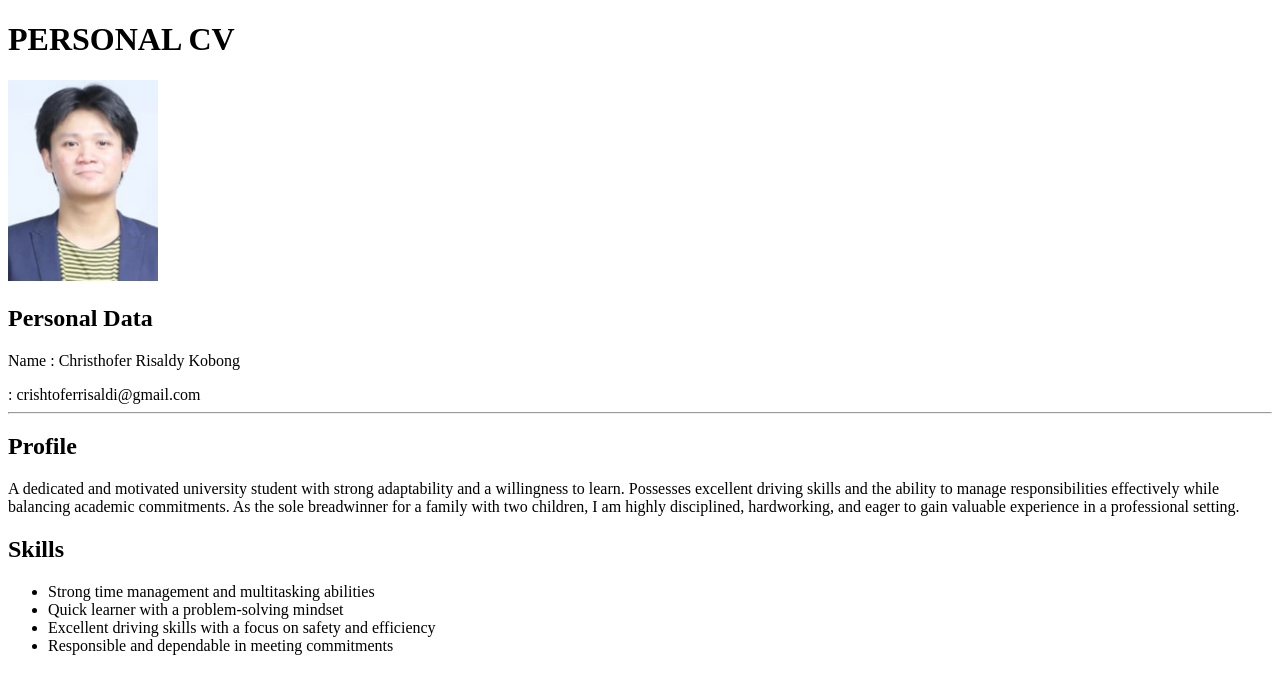
Repository: ChristhoferRisaldy/CVWeb
Page: web.html
An editor plug-in stored every save of this project. The page is shown before and after the next save, followed by the edit.
The browser window is 1280 px wide. The pictures show the whole page.

Above is the page before, as saved 2025-02-25 07:55:35.

### web.html
<!DOCTYPE html>
<html>
    <head>
        <meta name="viewport" content="width=device-width, inital-scale=1">
    </head>
    <body>
        <h1>PERSONAL CV</h1>
        <img src="1.png"
        width="150">

        <h2><b>Personal Data</b></h3>
        <p>
            Name : Christhofer Risaldy Kobong<br>
        </p>
        <a> : crishtoferrisaldi@gmail.com</a>

        <hr>
        <h2>Profile</h2>
        <p>A dedicated and motivated university student with strong adaptability and a willingness to learn. Possesses excellent driving skills and the ability to manage responsibilities effectively while balancing academic commitments. As the sole breadwinner for a family with two children, I am highly disciplined, hardworking, and eager to gain valuable experience in a professional setting.
        </p>

        <h2>Skills</h2>
        <ul>
            <li>Strong time management and multitasking abilities</li>
            <li>Quick learner with a problem-solving mindset</li>
            <li>Excellent driving skills with a focus on safety and efficiency</li>
            <li>Responsible and dependable in meeting commitments</li>
        </ul>

</html>

After the next save:
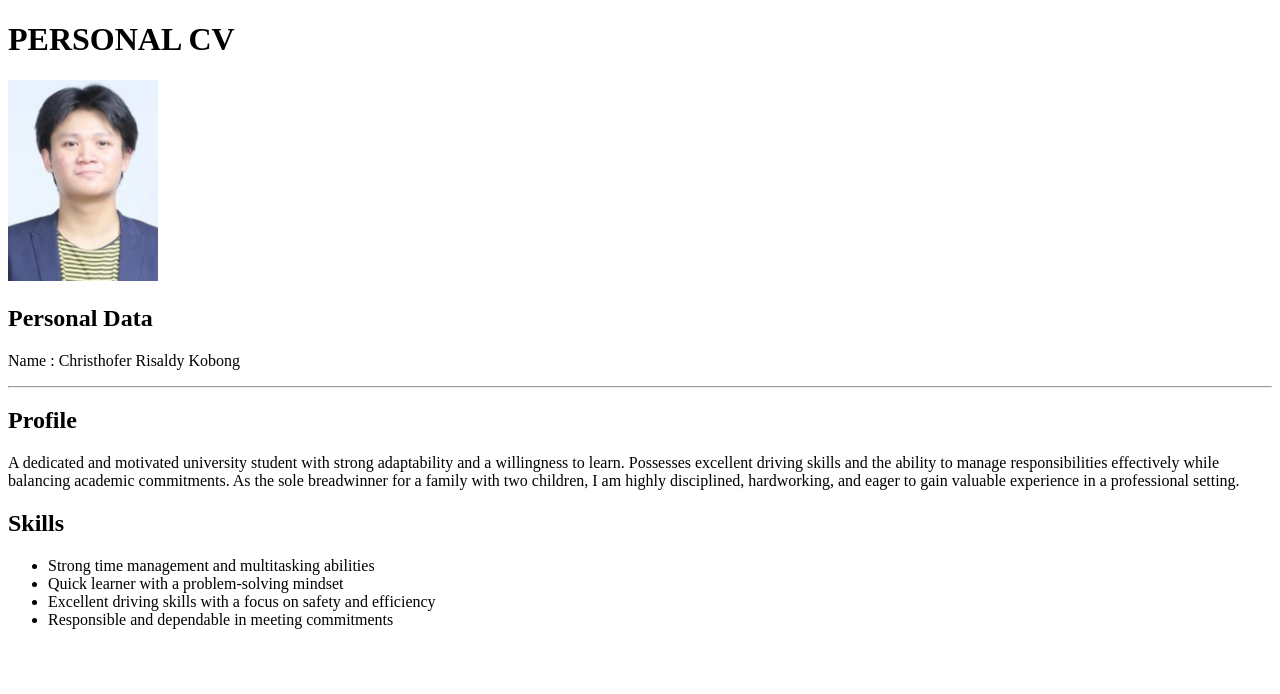
Saved 14 s later.
--- a/web.html
+++ b/web.html
@@ -12,7 +12,7 @@
         <p>
             Name : Christhofer Risaldy Kobong<br>
         </p>
-        <a> : crishtoferrisaldi@gmail.com</a>
+        <a : crishtoferrisaldi@gmail.com></a>
 
         <hr>
         <h2>Profile</h2>

After the 2 saves that followed:
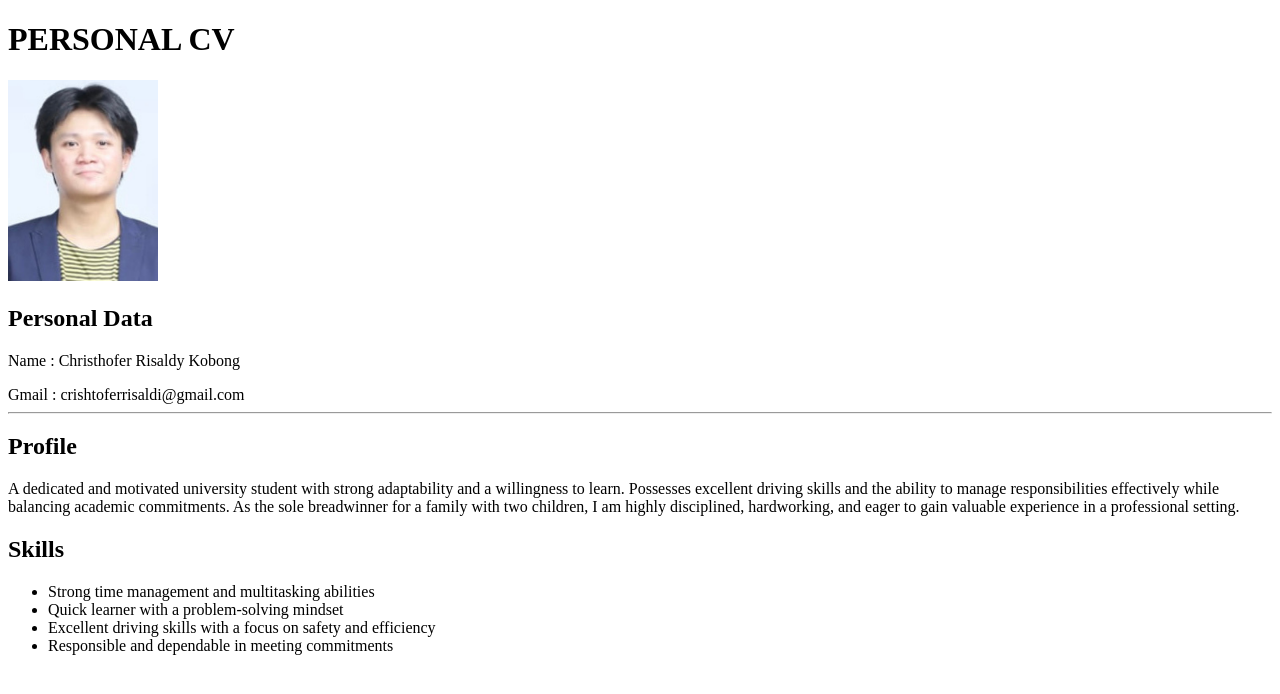
The 2 saves are shown as one change because 1 left the picture as it was.
The last was saved 36 s later.
--- a/web.html
+++ b/web.html
@@ -12,7 +12,7 @@
         <p>
             Name : Christhofer Risaldy Kobong<br>
         </p>
-        <a : crishtoferrisaldi@gmail.com></a>
+        Gmail : crishtoferrisaldi@gmail.com<br>
 
         <hr>
         <h2>Profile</h2>
